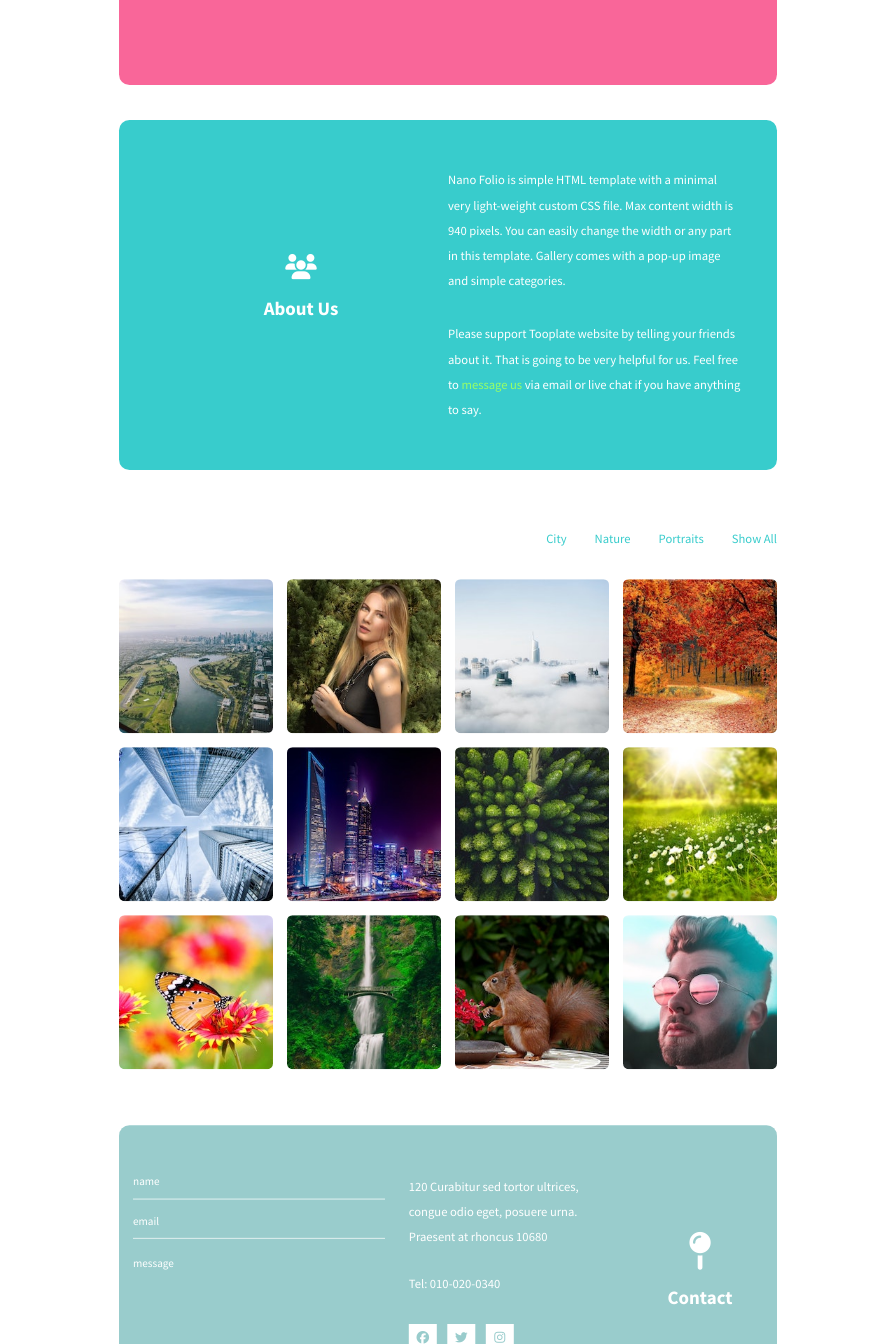
Repository: BuiVanVu102/Tooplate
Page: index.html
The author's editor kept a copy of each file at every save. The page is drawn from the files as they stood at one save, then again after a run of saves.
The browser window is 1280 px wide. The pictures show the part of the page from y = 409 to 2329 px (the page is 2600 px tall before and 2582 px after), at 70% of full size.
Some web libraries are served in a nearby version. The style sheet was rebuilt from its Sass, Less or Tailwind sources for each picture, by a compiler version that may differ from the author's.

Above is the page before, as saved 2021-11-17 11:24:51.

### index.html
<!DOCTYPE html>
<html lang="en">
<head>
	<meta charset="UTF-8">
	<meta http-equiv="X-UA-Compatible" content="IE=edge">
	<meta name="viewport" content="width=device-width, initial-scale=1.0">
	<link rel="preconnect" href="https://fonts.googleapis.com">
	<link rel="preconnect" href="https://fonts.gstatic.com" crossorigin>
	<link href="https://fonts.googleapis.com/css2?family=Source+Sans+Pro:wght@400;700&display=swap" rel="stylesheet">
	<link rel="stylesheet" href="./css/app.css">
	<title>Nano Folio - Live View</title>
</head>
<body>
		<div class="wrapper">
			<main>
				<section class="first">
					<div class="container">
						<div class="first__container">
							<i class="fas fa-heart fa-3x"></i>
							<h1 class="first__name">Nano Folio</h1>
						</div>
					</div>
				</section>
				<section class="about">
					<div class="container">
						<div class="about__container">
							<div class="about__heading">
								<i class="fas fa-users fa-2x"></i>
								<h2 class="about__name">
									About Us
								</h2>
							</div>
							<div class="about__desc">
								<p class="about__typography1">
									Nano Folio is simple HTML template with a minimal very light-weight custom CSS file. Max content width is 940 pixels. You can easily change the width or any part in this template. Gallery comes with a pop-up image and simple categories.
								</p>
								<p class="about__typography2">
									Please support Tooplate website by telling your friends about it. That is going to be very helpful for us. Feel free to <a rel="nofollow" href="https://www.tooplate.com/contact" target="_blank" style="color: #99FF66;">message us</a>  via email or live chat if you have anything to say.
								</p>
							</div>
						</div>
					</div>
				</section>
				<section class="show">
					<div class="container">
						<div class="show__container">
							<div class="show__header">
								<ul class="menu">
									<li class="menu__item"><a href="#!">City</a></li>
									<li class="menu__item"><a href="#!">Nature</a></li>
									<li class="menu__item"><a href="#!">Portraits</a></li>
									<li class="menu__item"><a href="#!">Show All</a></li>
								</ul>
							</div>
							<div class="show__list">
								<div class="show__img">
									<img src="./images/city-1.jpg" alt="">
								</div>
								<div class="show__img">
									<img src="./images/human-1.jpg" alt="">
								</div>
								<div class="show__img">
									<img src="./images/city-2.jpg" alt="">
								</div>
								<div class="show__img">
									<img src="./images/nature-1.jpg" alt="">
								</div>
								<div class="show__img">
									<img src="./images/city-3.jpg" alt="">
								</div>
								<div class="show__img">
									<img src="./images/city-4.jpg" alt="">
								</div>
								<div class="show__img">
									<img src="./images/nature-2.jpg" alt="">
								</div>
								<div class="show__img">
									<img src="./images/nature-3.jpg" alt="">
								</div>
								<div class="show__img">
									<img src="./images/nature-4.jpg" alt="">
								</div>
								<div class="show__img">
									<img src="./images/nature-5.jpg" alt="">
								</div>
								<div class="show__img">
									<img src="./images/nature-6.jpg" alt="">
								</div>
								<div class="show__img">
									<img src="./images/human-2.jpg" alt="">
								</div>

							</div>
						</div>
					</div>
				</section>
				<section class="form">
					<div class="container">
						<div class="form__container">
							<div class="form__submit">
								<input type="text" name="" id="" placeholder="name">
								<input type="email" name="" id="" placeholder="email">
								<textarea name="" id="" cols="30" rows="10" placeholder="message"></textarea>
								<button type="submit">send</button>
							</div>
							<div class="form__info">
								<address class="form__adress">120 Curabitur sed tortor ultrices, congue odio eget, posuere urna. Praesent at rhoncus 10680</address>
								<div class="form__phone">
									Tel: <a href="tel:0100200340" class="form__phone-link">010-020-0340</a>
								</div>
								<div class="form__network">
									<a href="https://facebook.com"><i class="fab fa-facebook"></i></a>
									<a href="https://twitter.com"><i class="fab fa-twitter"></i></a>
									<a href="https://instagram.com"><i class="fab fa-instagram"></i></a>

								</div>
							</div>
							<div class="form__contact">
								<i class="fas fa-map-pin fa-3x"></i>
								<h2 class="form__contact-text">
									Contact
								</h2>
							</div>
						</div>
					</div>
				</section>
			</main>
			<footer class="footer">
				<div class="container">
					<div class="footer__container">

					Copyright 2020 Nano Folio - Design: <a rel="sponsored" href="https://www.tooplate.com" class="footer__link">Tooplate</a>
					</div>
				</div>
			</footer>
		</div>
		<script src="https://kit.fontawesome.com/33b4a28a88.js" crossorigin="anonymous"></script>
</body>
</html>

### sass/app.scss
@import 'variable';
@import 'reset';
@import 'global';
@import 'first';
@import 'about';
@import 'show';
@import 'form';
@import 'footer';

### sass/_variable.scss
$font: 'Source Sans Pro', sans-serif;
$text-color: #ffff;
$title-color: #38cccc;

### sass/_reset.scss
html {
	box-sizing: border-box;
  }
  * {
	margin: 0;
	padding: 0;
  }
  *,
  *:before,
  *:after {
	box-sizing: border-box;
  }
  input,
  textarea,
  select,
  button {
	outline: none;
  }
  input {
	line-height: normal;
  }
  label,
  button {
	cursor: pointer;
  }
  a {
	text-decoration: none;
  }
  img {
	display: block;
	max-width: 100%;
  }

### sass/_global.scss
body {
	line-height: 2em;
	color: $font;
	font-size: 18px;
	font-family: $font;
	font-weight: 400;
	background-color: white;
	overflow-x: hidden;
}

.wrapper {
	max-width: 100%;
	margin: 0 auto;
}
.container {
	width: 100%;
	max-width: 970px;
	margin: 0 auto;
	padding: 0px 15px;
}

### sass/_first.scss
.first {
	margin-top: 60px;
	&__container{
		display: flex;
		flex-direction: column;
		justify-content: center;
		align-items: center;
		border-radius: 15px;
		max-width: 940px;
		height: 470px;
		background-color: #f96699;
		color: white;
		margin-bottom: 50px;

	}
	&__name {
		margin: 22px 0;
	}
}
.fa-hear:before {
	content: "\f004";
}

### sass/_about.scss
.about {
	margin-top: 0px;
	&__container {
		display: flex;
		justify-content: center;
		align-items: center;
		flex-basis: 0;


		padding: 50px 50px;
		margin-bottom: 80px;

		min-height: 482px;
		max-width: 940px;
		background-color: #38cccc;
		color: white;

		border-radius: 15px;
	}
	&__heading {
		display: flex;
		flex-direction: column;
		align-items: center;
		justify-content: center;
		flex-basis: 50%;

		min-width: 420px;
		min-height:382px;




	}
	&__name {
		margin:  22px 0;
		font-size: 1.5em;
		font-weight: bold;
	}
	&__decs {
		display: flex;
		flex-basis: 50%;
	}
	&__typography1 {

		display: block;
		margin: 18px 0 40px;
		font: 18px;




	}
	&__typography2 {

		display: block;
		margin: 18px 0 0;
		font: 18px;

		margin-block-start: 1em;
		margin-block-end: 1em;
		margin-inline-start: 0px;
		margin-inline-end: 0px;
	}
}
.fa-user:before {
	content: "\f0c0";
}

@media screen and (max-width: 767px) {
	.about {
		&__heading {
			min-width: auto;
		}
	}
}

### sass/_show.scss
.show {
	margin-bottom: 80px;
	&__container {
		display: block;
	}
	&__header {
		display: flex;
		justify-content: flex-end;
		align-items: center;
		margin-bottom: 40px;
		color: #38CCCC;
	}
	&__list {
		display: grid;
		grid-template-columns: repeat(4, 1fr);
		gap: 20px;

		position: relative;
	}
	&__img img{
		width: 220px;
		height: 220px;
		border-radius: 0.5rem;
	}

}

.menu {
	list-style: none;
	display: flex;
	align-items: center;
	gap: 0 40px;


	&__item a {
		color: inherit;
		font-size: 18px;
	}
	&__item a:focus{
		color: #f96699;
	}
}
@media screen and (max-width: 768px) {
	.show__header {
		display: flex;
		justify-content: flex-start;
	}
	.show__list {
		display: grid;
		grid-template-columns: repeat(3, 1fr);

	}
	.menu {
		margin-left: 36px;
	}

}

### sass/_form.scss
.form {
	margin-bottom: 50px;
	&__container {
		display: flex;
		justify-content: space-between;
		align-self: center;

		max-width: 940px;
		height: 438px;

		color: white;
		background-color: #99CCCC;

		padding: 50px 20px;

		border-radius: 15px;
	}
	&__submit {
		display: block;
		width: 40%;
	}
	&__submit  input{
		display: block;
		font-family: $font;
		font-size: 1rem;
		background: transparent;
		color: white;
		border: 0;
		border-bottom: 1px solid white;
		padding: 15px 0;
		margin-top: 5px;
		margin-bottom: 5px;
		width: 100%;
	}
	&__submit textarea {
		font-family: $font;
		font-size: 1rem;
		background:transparent;
		border: 0;
		border-bottom: 1px solid white;
		color: white;
		padding: 15px 0;
		margin: 5px 0 30px;
		max-width: 100%;
		max-height: 156px;
	}
	&__submit input:focus-visible {
		outline-offset: 0px;
		outline: -webkit-focus-color auto 1px;
		outline-color: -webkit-focus-ring-color;
		outline-style: auto;
		outline-width: 1px;
	}
	&__submit textarea:focus-visible {
		outline-offset: 0px;
		outline: -webkit-focus-ring-color auto 1px;
		outline-color: -webkit-focus-ring-color;
		outline-style: auto;
		outline-width: 1px;
	}
	&__submit button {
		display: block;

		background: none;
		color: white;
		font-size: 1rem;
		border: 0;
		cursor: pointer;
		transition: all 0.3s ease;

		margin-left: auto;
		margin-right: 0;
	}
	&__submit button:hover {
		color: black;
	}
	&__submit button:focus-visible {
		outline-offset: 0px;
		outline: -webkit-focus-ring-color auto 1px;
		outline-color: -webkit-focus-ring-color;
		outline-style: auto;
		outline-width: 1px;
	}
	&__info {
		display: block;

		width: 40%;
		padding: 20px 34px 0;
	}
	&__adress{
		display: block;
		margin-bottom: 30px;
		font-style: normal;
		font-size: 18px;

		max-width: 292px;
	}
	&__phone {
		display: block;
		margin-bottom: 40px;
		color: white;
		&-link {
			color: inherit;
			transition: all 0.3s ease;
		}
		&-link:hover {
			color: #38CCCC;
		}
	}
	&__network {
		display: flex;

	}
	&__network a {
		display: flex;
		justify-content: center;
		align-items: center;

		height: 40px;
		width: 40px;

		background-color: #ffff;
		margin-right: 15px;

		color: #99cccc;
		transition: all 0.3s ease;
	}
	&__network a:hover {
		color: #30ADAD;
	}
	&__contact {
		display: flex;
		flex-direction: column;
		align-items: center;
		justify-content: center;

		width: 20%;
		padding: 0 34px;
		&-text {
			display: block;
			margin: 22.4px;
			font-size: 1.5em;
			font-weight: bold;

		}
	}
}
::placeholder {
	color: white;

}

.fa-facebook:before {
	content: "\f09a";
}
.fa-twitter:before {
    content: "\f099";
}
.fa-instagram:before {
    content: "\f16d";
}
.fa-map-pin:before {
    content: "\f276";
}

### sass/_footer.scss
.footer {
	margin-bottom: 60px;
	&__container {
		display: block;
		color: #999999;
		text-align: center;
	}
	&__link {
		color:#999999;
		transition: all 0.3s ease;
	}
	&__link:hover {
		color: #38CCCC;
	}

}

After the next 2 saves:
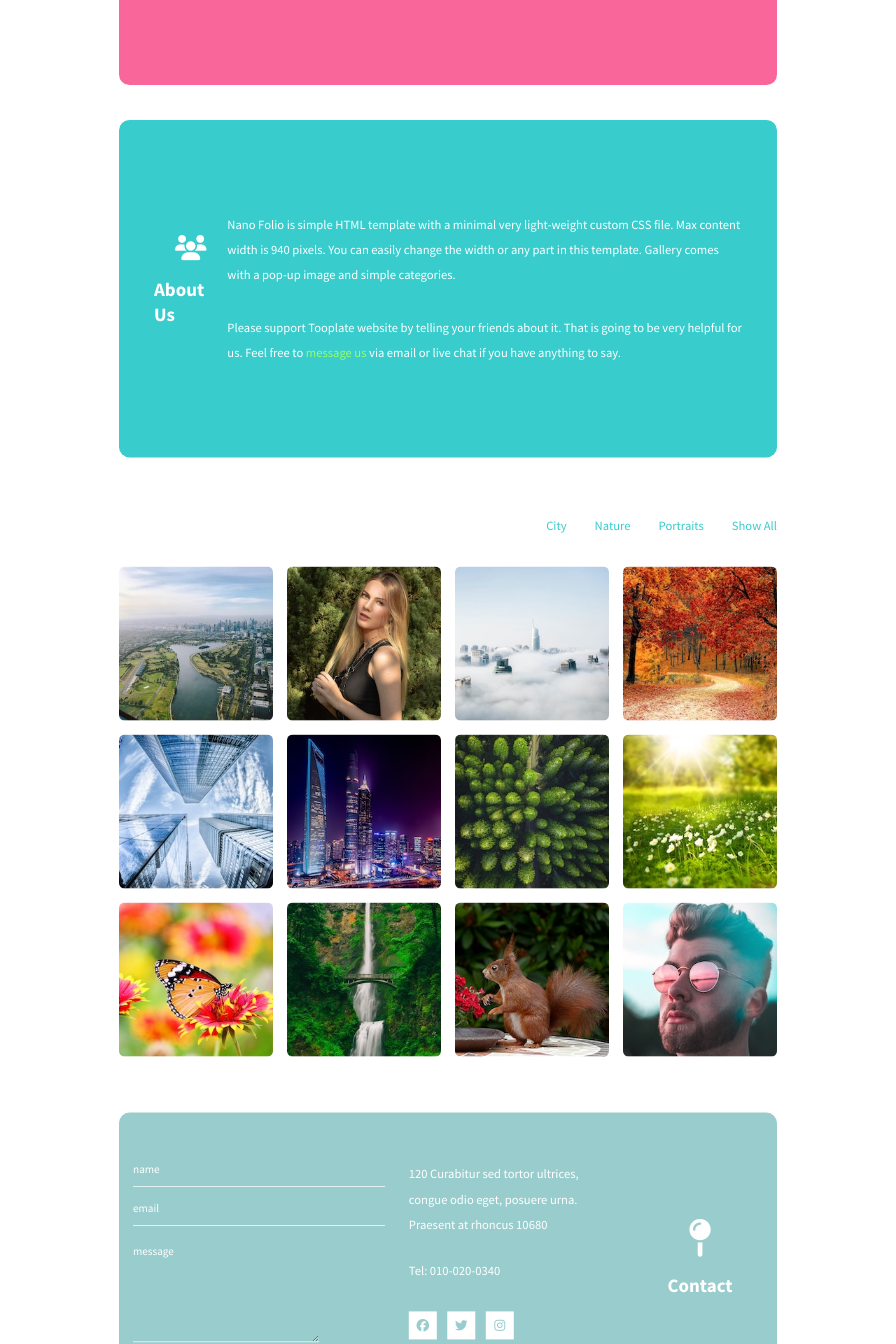
The 2 saves are shown as one change because they came seconds apart.
The last was saved 2 min 24 s later.
--- a/sass/_about.scss
+++ b/sass/_about.scss
@@ -22,9 +22,9 @@
 		flex-direction: column;
 		align-items: center;
 		justify-content: center;
-		flex-basis: 50%;
+		flex-basis: 30%;
 
-		min-width: 420px;
+		// min-width: 420px;
 		min-height:382px;
 
 
